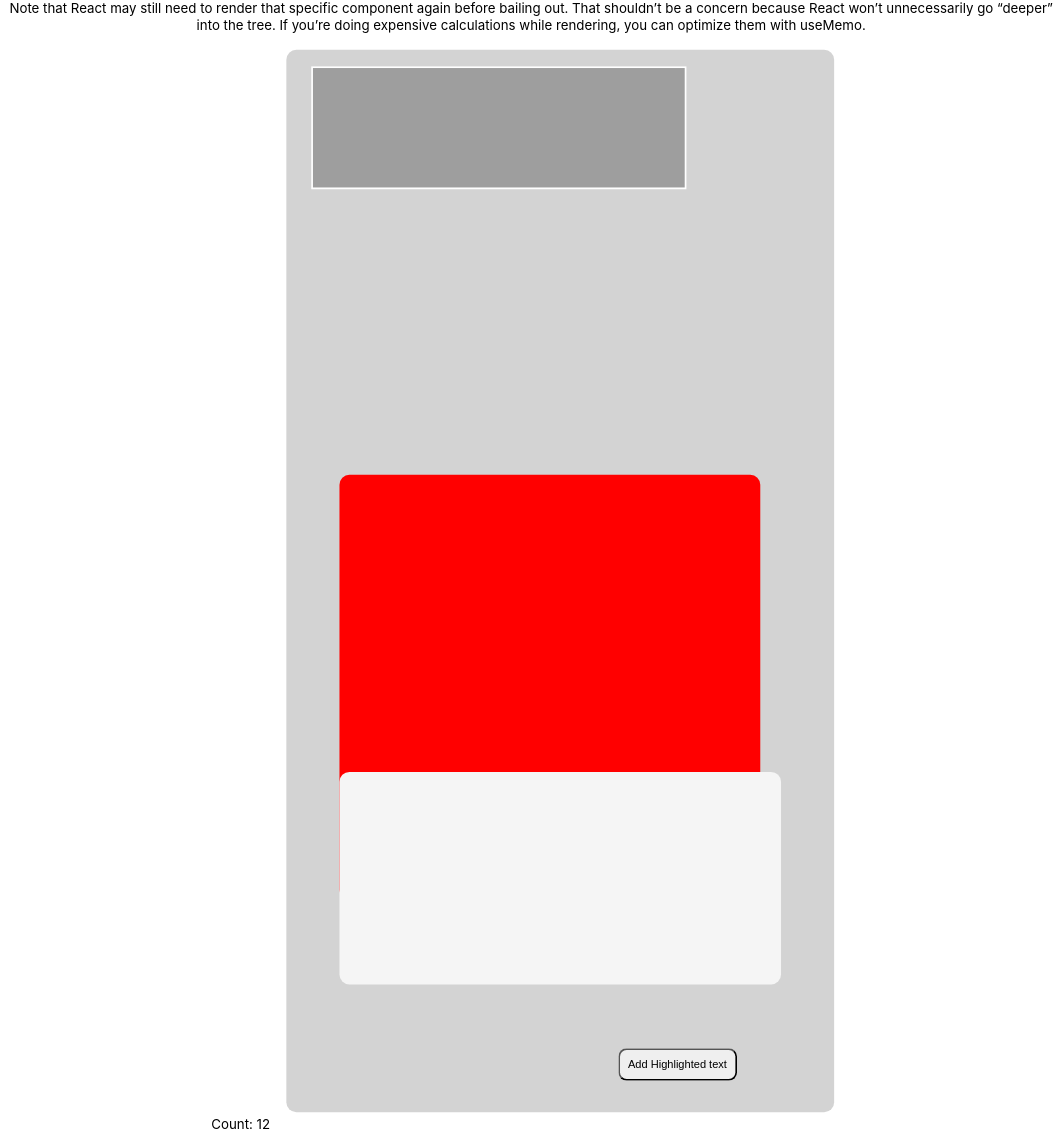
Repository: Farbod29/React-text-highlighter-with-hook-
Page: /
The author's editor kept a copy of each file at every save. The page is drawn from the files as they stood at one save, then again after the next save.
The browser window is 1280 px wide. The pictures show the whole page, at 83% of full size.
Pictures or frames that could not be fetched are drawn as grey boxes. The project was rebuilt for these pictures with package versions that can differ from the ones it lists, and the page was loaded fresh each time.

Above is the page before, as saved 2022-02-18 23:00:47.

### src/App.js
import './App.css';
import Highlighter from './highlighter';
function App() {
  return (
    <div className="App">
      <Highlighter />
    </div>
  );
}

export default App;

### src/highlighter.js
import React, { useEffect, useState } from 'react';

export default function Highlighter() {
  let doit = () => {
    document.onmouseup = () => {
      console.log(window.getSelection().toString());
    };
  };
  const [count, setCount] = useState(12);
  return (
    <>
      <div>
        {' '}
        Note that React may still need to render that specific component again
        before bailing out. That shouldn’t be a concern because React won’t
        unnecessarily go “deeper” into the tree. If you’re doing expensive
        calculations while rendering, you can optimize them with useMemo.
      </div>
      Count: {count}
      {/* <button onClick={() => setCount((prevCount) => prevCount - 1)}>-</button> */}
      <div
        style={{
          padding: '0px 10px',
          height: '100vw',
          width: '50vw',
          margin: '20px',
          borderRadius: '12px',
          backgroundColor: '#D3D3D3',
          inline: true,
          fontColor: 'red',
          display: 'inline-block',
          textAlign: 'center',
          position: 'relative',
        }}
      >
        <img
          style={{
            height: '20vh',
            width: '35vw',
            position: 'absolute',
            border: '2px solid',
            borderColor: '#ffff',
            left: 30,
            top: 20,
          }}
          src="https://pfrias.couragecompanion.eu/storage/m/_v2/213604778138275840/4f8b684e5-e9314a/vlyvkRQwb3ew/u8hVvH5l5IFvha9MQyXCzPOYLo2SXG3bqIpv6vBg.png"
        ></img>
        <div
          style={{
            // textBox1
            padding: '0px 10px',
            backgroundColor: 'red',
            height: '40vw',
            width: '38vw',
            left: '5vw',
            top: '40vw',
            borderRadius: '12px',
            position: 'absolute',
          }}
        />
        <div
          style={{
            // textBox
            padding: '0px 10px',
            backgroundColor: '#F5F5F5',
            height: '20vw',
            width: '40vw',
            left: '5vw',
            top: '68vw',
            borderRadius: '12px',
            position: 'absolute',
          }}
        />
        <div
          style={{
            position: 'absolute',
            bottom: '3vw',
            left: '24vw',
            right: '2vw',
          }}
        >
          <button
            style={{ padding: '10px', borderRadius: '10px' }}
            onClick={() => setCount(12)}
          >
            {' '}
            Add Highlighted text{' '}
          </button>
        </div>
      </div>
      {doit()}
    </>
  );
}

Loaded but not shown: public/index.html (common file); src/index.js (common file); src/index.css (common file); src/reportWebVitals.js (common file); src/App.css (common file)

After the next save:
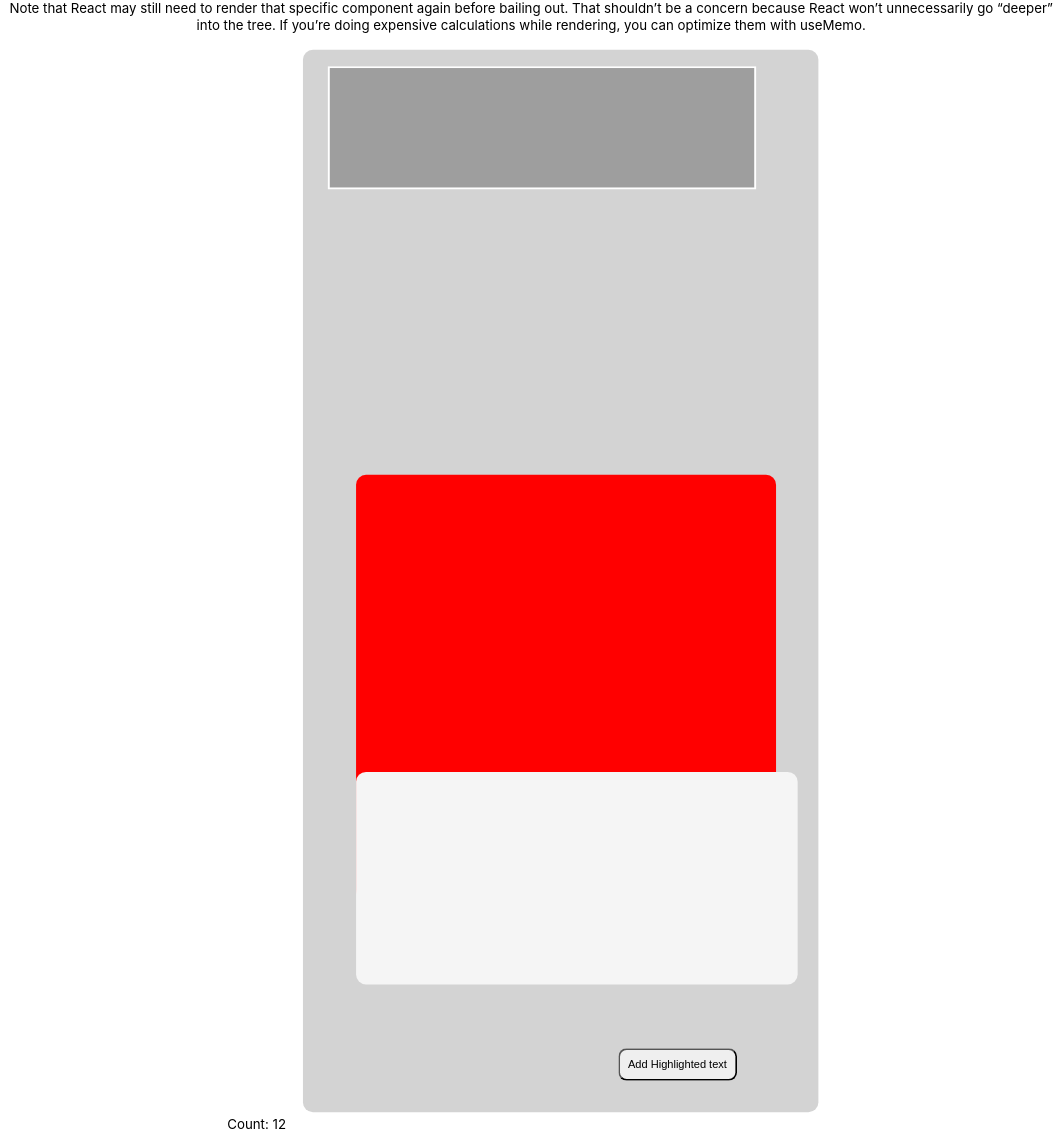
Saved 9 s later.
--- a/src/highlighter.js
+++ b/src/highlighter.js
@@ -22,7 +22,7 @@ export default function Highlighter() {
         style={{
           padding: '0px 10px',
           height: '100vw',
-          width: '50vw',
+          width: '47vw',
           margin: '20px',
           borderRadius: '12px',
           backgroundColor: '#D3D3D3',
@@ -36,7 +36,7 @@ export default function Highlighter() {
         <img
           style={{
             height: '20vh',
-            width: '35vw',
+            width: '40vw',
             position: 'absolute',
             border: '2px solid',
             borderColor: '#ffff',
